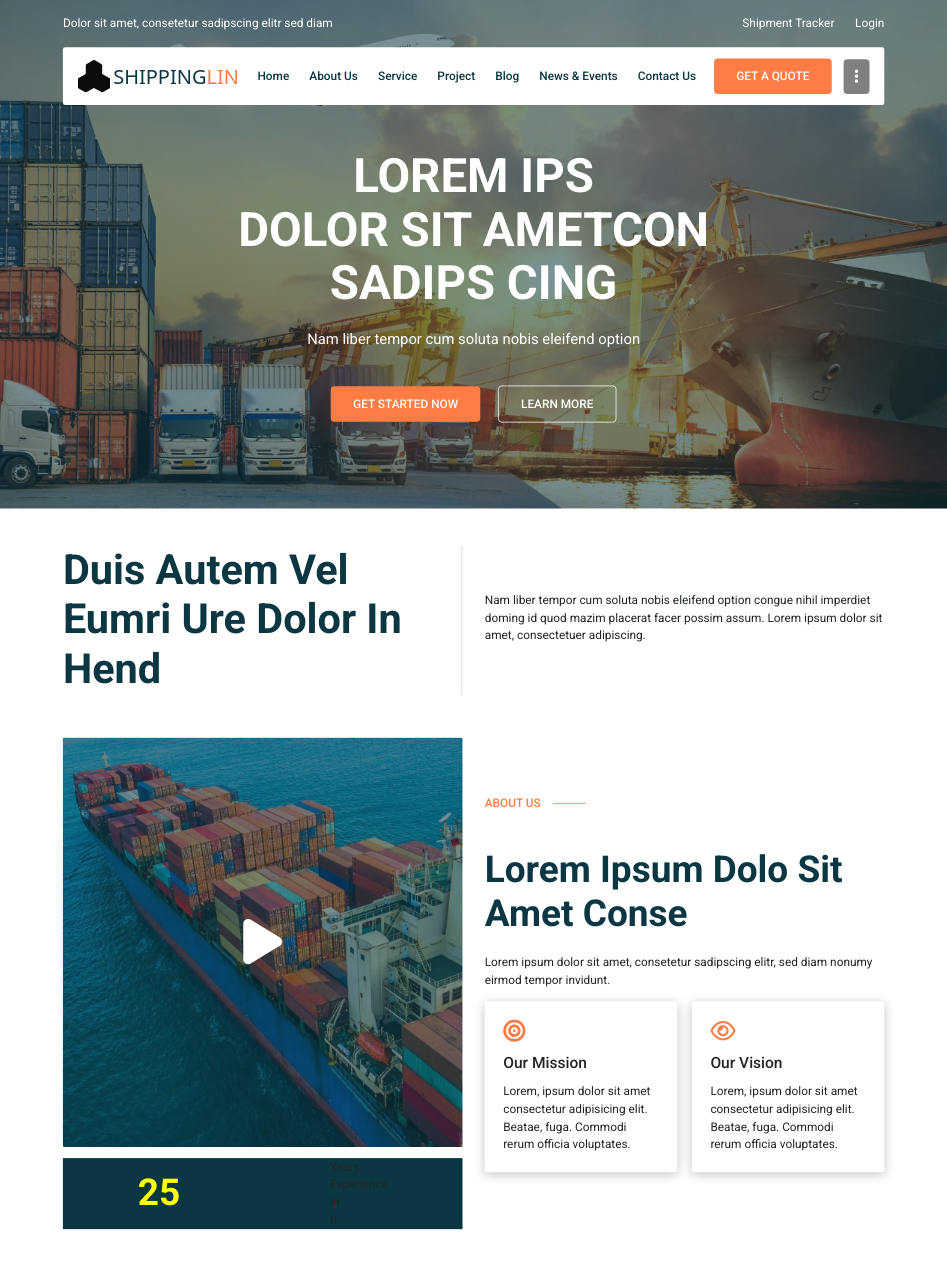
Repository: nazmulalok/shipping-template
Page: index.html
These files come from the project's save history. The page is drawn as it stood at one moment and after the next save; the edit follows.
The browser window is 1280 px wide. The pictures show the whole page, at 74% of full size.
Some web libraries are served in a nearby version.

Above is the page before, as saved 2022-10-08 19:01:58.

### index.html
<!DOCTYPE html>
<html lang="en">

    <head>
        <meta charset="UTF-8">
        <meta http-equiv="X-UA-Compatible" content="IE=edge">
        <meta name="viewport" content="width=device-width, initial-scale=1.0">
        <link rel="preconnect" href="https://fonts.googleapis.com">
        <link rel="preconnect" href="https://fonts.gstatic.com" crossorigin>
        <link
            href="https://fonts.googleapis.com/css2?family=Roboto:ital,wght@0,300;0,400;0,500;0,700;0,900;1,300;1,400;1,500;1,700;1,900&display=swap"
            rel="stylesheet">
        <link rel="stylesheet" href="https://cdnjs.cloudflare.com/ajax/libs/font-awesome/6.2.0/css/all.min.css"
            integrity="sha512-xh6O/CkQoPOWDdYTDqeRdPCVd1SpvCA9XXcUnZS2FmJNp1coAFzvtCN9BmamE+4aHK8yyUHUSCcJHgXloTyT2A=="
            crossorigin="anonymous" referrerpolicy="no-referrer" />
        <link rel="stylesheet" href="https://cdn.jsdelivr.net/npm/bootstrap@4.0.0/dist/css/bootstrap.min.css"
            integrity="sha384-Gn5384xqQ1aoWXA+058RXPxPg6fy4IWvTNh0E263XmFcJlSAwiGgFAW/dAiS6JXm" crossorigin="anonymous">
        <link rel="stylesheet" href="style.css">
        <title>Document</title>
    </head>

    <body>
        <header class="header-top">
            <div class="container">
                <div class="top-bar">
                    <p class="m-0">Dolor sit amet, consetetur sadipscing elitr sed diam</p>
                    <div>
                        <span class="mr-4">Shipment Tracker</span>
                        <span>Login</span>
                    </div>
                </div>
                <div class="header-area">
                    <div class="logo">
                        <img src="images/box.svg" alt="Logo Box" class="me-2">
                        <img src="images/shipping-logo.svg" alt="Shipping Logo">
                    </div>
                    <nav>
                        <ul>
                            <li><a href="#">Home</a></li>
                            <li><a href="#">About Us</a></li>
                            <li><a href="#">Service</a></li>
                            <li><a href="#">Project</a></li>
                            <li><a href="#">Blog</a></li>
                            <li><a href="#">News & Events</a></li>
                            <li><a href="#">Contact Us</a></li>
                        </ul>
                    </nav>
                    <div class="nav-btn">
                        <a class="common-btn mr-3" href="#">Get A Quote</a>
                        <i class="fa-solid fa-ellipsis-vertical"></i>
                    </div>
                </div>
            </div>
        </header>
        <!-- Slider -->
        <section>
            <div class="main-slider">
                <div class="container">
                    <div class="slide-content">
                        <div class="slide-text">
                            <div class="slider-title mb-4">Lorem ips<br>
                                dolor sit ametcon<br>
                                sadips cing</div>
                            <p>Nam liber tempor cum soluta nobis eleifend option</p>
                            <div class="sliderBtn mt-5"><a class="common-btn mr-4" href="#">Get Started Now</a><a
                                    class="common-btn outline-btn" href="#">Learn More</a></div>
                        </div>
                    </div>
                </div>
            </div>
        </section>
        <!-- Slider Ends -->
        <div class="common-sec">
            <div class="container">
                <div class="row align-items-center">
                    <div class="col-lg-6">
                        <h1 class="border-heading">Duis Autem Vel Eumri
                            Ure Dolor In Hend</h1>
                    </div>
                    <div class="col-lg-6">
                        <p class="ms-4">Nam liber tempor cum soluta nobis eleifend option congue nihil imperdiet doming
                            id quod mazim
                            placerat facer possim assum. Lorem ipsum dolor sit amet, consectetuer adipiscing.</p>
                    </div>
                </div>
                <div class="row align-items-center mt-5">
                    <div class="col-lg-6">
                        <div class="video-box img-box img-shadow">
                            <img src="images/ship-products.jpg" alt="Ship Products" />
                            <a data-fancybox="" href="" class="video-btn">
                                <i class="fa fa-play"></i>
                            </a>
                        </div>
                        <div class="exp-section">
                            <div class="exp-title">
                                25
                            </div>
                            <div class="exp-paragraph">
                                Years <br>Experience <br>In <br>It
                            </div>
                        </div>
                    </div>
                    <div class="col-lg-6">
                        <span class="sp-title">About Us</span>
                        <h2 class="mb-4">Lorem Ipsum Dolo
                            Sit Amet Conse</h2>
                        <p>Lorem ipsum dolor sit amet, consetetur sadipscing elitr, sed diam nonumy eirmod tempor
                            invidunt.</p>
                        <div class="boxes">
                            <div class="common-box">
                                <div class="content">
                                    <i class="fa-solid fa-bullseye"></i>
                                    <div class="box-title">
                                        Our Mission
                                    </div>
                                    <p>Lorem, ipsum dolor sit amet consectetur adipisicing elit. Beatae, fuga. Commodi
                                        rerum
                                        officia voluptates.</p>
                                </div>
                            </div>
                            <div class="common-box">
                                <div class="content">
                                    <i class="fa-regular fa-eye"></i>
                                    <div class="box-title">
                                        Our Vision
                                    </div>
                                    <p>Lorem, ipsum dolor sit amet consectetur adipisicing elit. Beatae, fuga. Commodi
                                        rerum
                                        officia voluptates.</p>
                                </div>
                            </div>
                        </div>
                    </div>
                </div>
            </div>
        </div>














        <script src="https://code.jquery.com/jquery-3.2.1.slim.min.js"
            integrity="sha384-KJ3o2DKtIkvYIK3UENzmM7KCkRr/rE9/Qpg6aAZGJwFDMVNA/GpGFF93hXpG5KkN"
            crossorigin="anonymous"></script>
        <script src="https://cdn.jsdelivr.net/npm/popper.js@1.12.9/dist/umd/popper.min.js"
            integrity="sha384-ApNbgh9B+Y1QKtv3Rn7W3mgPxhU9K/ScQsAP7hUibX39j7fakFPskvXusvfa0b4Q"
            crossorigin="anonymous"></script>
        <script src="https://cdn.jsdelivr.net/npm/bootstrap@4.0.0/dist/js/bootstrap.min.js"
            integrity="sha384-JZR6Spejh4U02d8jOt6vLEHfe/JQGiRRSQQxSfFWpi1MquVdAyjUar5+76PVCmYl"
            crossorigin="anonymous"></script>
    </body>

</html>

### style.css
/* Common CSS Starts*/
*,
*::before,
*::after {
    box-sizing: border-box;
    margin: 0;
    padding: 0;
}

html {
    scroll-behavior: smooth;
}

:root {
    --main-color: #FF7D44;
    --secondary-color: #0B3742;
    --tertiary-color: #FFFFFF;
}

body {
    font-family: 'Roboto', sans-serif;
}

a.white-space {
    white-space: nowrap;
}

/* Common CSS Ends */

/* slider style starts */

.main-slider>* {
    z-index: 10;
}

.main-slider {
    background: url(images/shipping-banner.jpg);
    height: 700px;
    width: 100%;
    background-size: cover;
    background-repeat: no-repeat;
    background-position: center;
    position: relative;
    display: flex;
    align-items: center;
    transition: all 1s;
    margin-top: -155px;
    z-index: 50;
}

.main-slider:before {
    content: '';
    width: 100%;
    height: 100%;
    top: 0;
    left: 0;
    position: absolute;
    background-color: rgb(11 55 66 / 55%);
    z-index: 1;
}

.slide-content {
    text-align: center;
}

.slide-text {
    color: var(--tertiary-color);
    padding-top: 100px;
}

.slider-title {
    font-size: 4rem;
    font-weight: 600;
    line-height: 4.5rem;
    text-transform: uppercase;
}

.slide-text p {
    font-size: 20px;
}

a.common-btn {
    display: inline-block;
    text-decoration: none;
    color: var(--tertiary-color);
    background: var(--main-color);
    padding: 12px 30px;
    border-radius: 5px;
    font-size: 16px;
    font-weight: 500;
    text-transform: uppercase;
    transition: all 1s ease;
}

a.common-btn:hover {
    background: var(--tertiary-color);
    color: var(--secondary-color);
}

a.common-btn.outline-btn {
    background: transparent !important;
    border: 1px solid var(--tertiary-color);
}

a.common-btn.outline-btn:hover {
    background: var(--tertiary-color) !important;
}

/* Header style starts */

.header-top {
    z-index: 100;
    background: transparent;
    position: relative;
}

.top-bar,
.header-area {
    display: flex;
    justify-content: space-between;
    align-items: center;
    color: var(--tertiary-color);
}

.top-bar {
    padding: 20px 0px;
}

.header-area {
    background: var(--tertiary-color);
    padding: 15px 20px;
    border-radius: 3px;
}

nav ul {
    list-style-type: none;
    color: var(--secondary-color);
    display: flex;
    gap: 1.7rem;
    margin: 0;
}

nav ul a {
    color: var(--secondary-color);
    text-decoration: none;
    font-size: 16px;
    font-weight: 500;
    transition: all 0.5s;
}

nav ul a:hover {
    color: var(--main-color);
    transition: all 0.5s;
}

.nav-btn {
    align-items: center;
    display: flex;
}

.nav-btn i {
    color: var(--tertiary-color);
    font-size: 21px;
    background: gray;
    padding: 13px 15px;
    border-radius: 5px;
}

/* Headings Styles */

h1 {
    font-size: 56px;
}

h2 {
    font-size: 50px;
}

h3 {
    font-size: 44px;
}

h4 {
    font-size: 38px;
}

h5 {
    font-size: 32px;
}

h6 {
    font-size: 26px;
}

h1,
h2,
h3,
h4,
h5,
h6 {
    font-weight: 700;
    margin-bottom: 10px;
    color: var(--secondary-color);
}

/* Section Styles */

.py-50,
.common-sec {
    padding-top: 50px;
    padding-bottom: 50px;
}

.common-sec {
    position: relative;
    z-index: 0;
}

.common-sec:nth-child(even):before {
    content: "";
    position: absolute;
    width: 1000%;
    height: 100%;
    top: 50%;
    left: 50%;
    transform: translate(-50%, -50%);
    background-color: #f9f9f9;
    border-bottom: 1px solid #f6f6f6;
    z-index: -1;
}

/* Image box style */

.img-box {
    border-radius: 3px;
    transition: 0.5s;
    margin-bottom: 15px;
    text-align: center;
    position: relative;
}

.img-box img {
    border-radius: 3px;
}

.img-box:last-child {
    margin-bottom: 0;
}

figure.img-box img+figcaption {
    margin-top: 10px;
    text-align: left;
    padding: 10px;
    border-radius: 3px;
    box-shadow: -5px 5px 20px 0 rgb(0 0 0 / 5%);
}

.img-box.img-shadow:before {
    content: '';
    width: 100%;
    height: 100%;
    position: absolute;
    top: 0;
    left: 0;
    background-color: rgb(11 55 66 / 55%);
}

/* Video Box */

.video-box {
    position: relative;
}

.video-box img {
    border-radius: 3px;
    width: 100%;
}

.video-btn {
    position: absolute;
    text-align: center;
    color: var(--tertiary-color);
    font-size: 30px;
    border: none;
    left: 50%;
    top: 50%;
    -webkit-transform: translate(-50%, -50%);
    transform: translate(-50%, -50%);
    display: flex;
    justify-content: center;
    align-items: center;
    text-decoration: none !important;
    box-shadow: none;
    transition: 0.5s;
}

.video-btn .fa-play {
    color: var(--tertiary-color);
    position: relative;
    z-index: 99;
    -webkit-transition: color 0.5s;
    transition: 0.5s;
    text-decoration: none;
    line-height: 80px;
    font-size: 70px;
}

.video-btn:hover {
    color: inherit;
}

.video-btn:hover .fa-play {
    color: var(--main-color);
}

.video-btn:before,
.video-btn:after {
    display: none;
}

/* Common Box Styles */

.common-box {
    box-shadow: rgb(0 0 0 / 24%) 0px 3px 15px;
    height: 100%;
    background-color: #fff;
    border-radius: 3px;
    transition: all 0.5s ease;
}

.common-box>.img-box {
    margin-bottom: 0;
}

.common-box .common-heading:last-child,
.common-box p:last-child,
.common-box ul:last-child,
.common-box ul:last-child li:last-child,
.common-box .img-box:last-child {
    margin-bottom: 0;
}

.common-box>.content {
    padding: 25px;
}

/* Other CSS Starts */

.border-heading {
    border-right: 2px solid #E8E8E8;
}

.sp-title {
    display: flex;
    text-transform: uppercase;
    color: var(--main-color);
    font-weight: 500;
    align-items: center;
    margin-bottom: 3rem;
}

.sp-title:after {
    content: '';
    width: 20px;
    height: 1px;
    background: var(--main-color);
    flex: 0.1;
    margin-left: 1rem;
}

.boxes {
    display: grid;
    grid-template-columns: 1fr 1fr;
    grid-gap: 20px;
}

.common-box i {
    color: var(--main-color);
    font-size: 30px;
}

.common-box .box-title {
    font-size: 21px;
    font-weight: 500;
    margin: 10px 0px;
}

.common-box:hover {
    background-color: var(--main-color);
    color: var(--tertiary-color);
    transition: all 0.5s ease;
}

.common-box:hover i {
    color: var(--tertiary-color);
    transition: all 1s ease;
}

.exp-section {
    background: var(--secondary-color);
    display: flex;
    align-items: center;
    justify-content: space-around;
}

.exp-section .exp-title {
    color: #FFFF00;
    font-size: 50px;
    font-weight: 600;
}

After the next save:
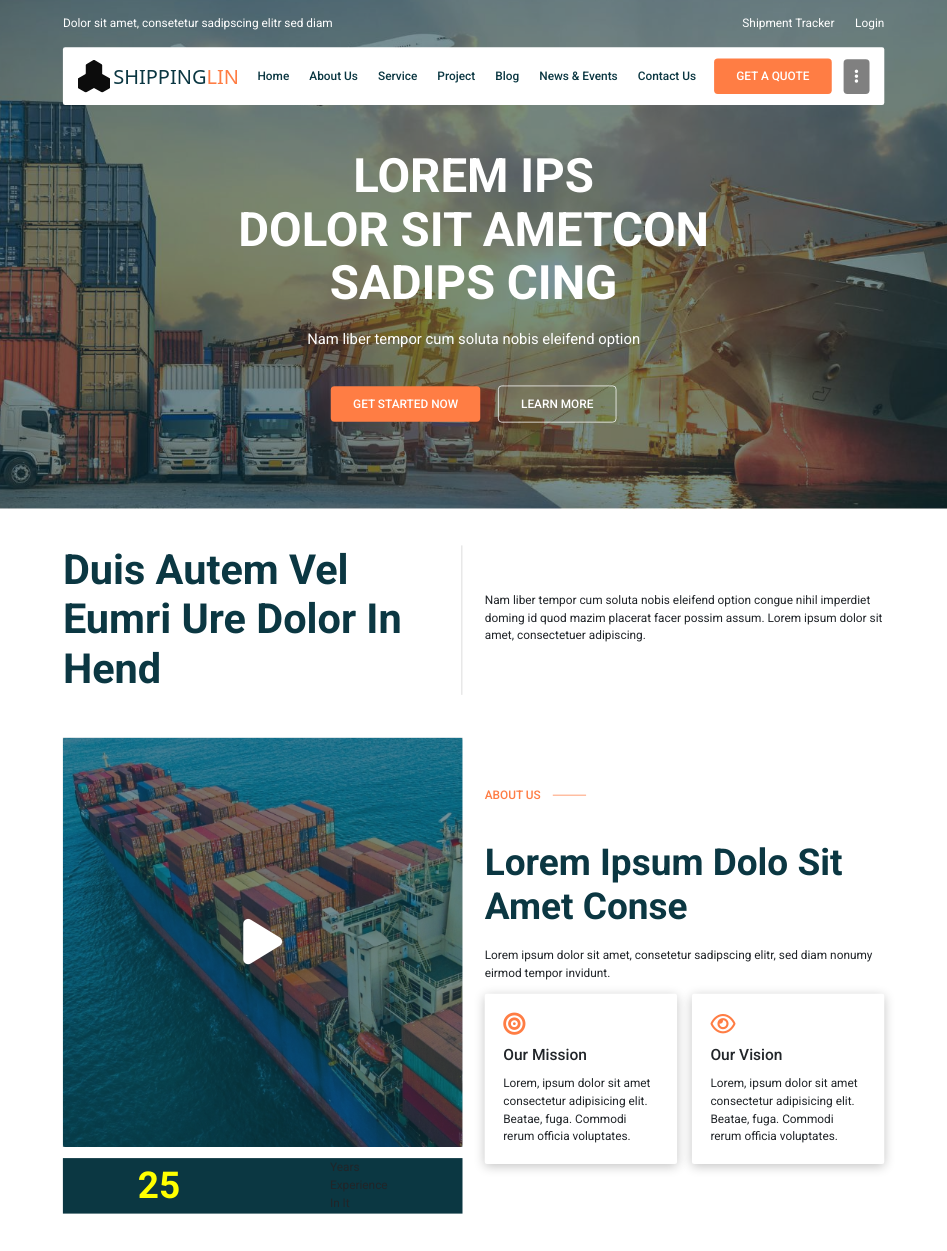
Saved 38 s later.
--- a/index.html
+++ b/index.html
@@ -96,7 +96,7 @@
                                 25
                             </div>
                             <div class="exp-paragraph">
-                                Years <br>Experience <br>In <br>It
+                                Years <br>Experience <br>In It
                             </div>
                         </div>
                     </div>
